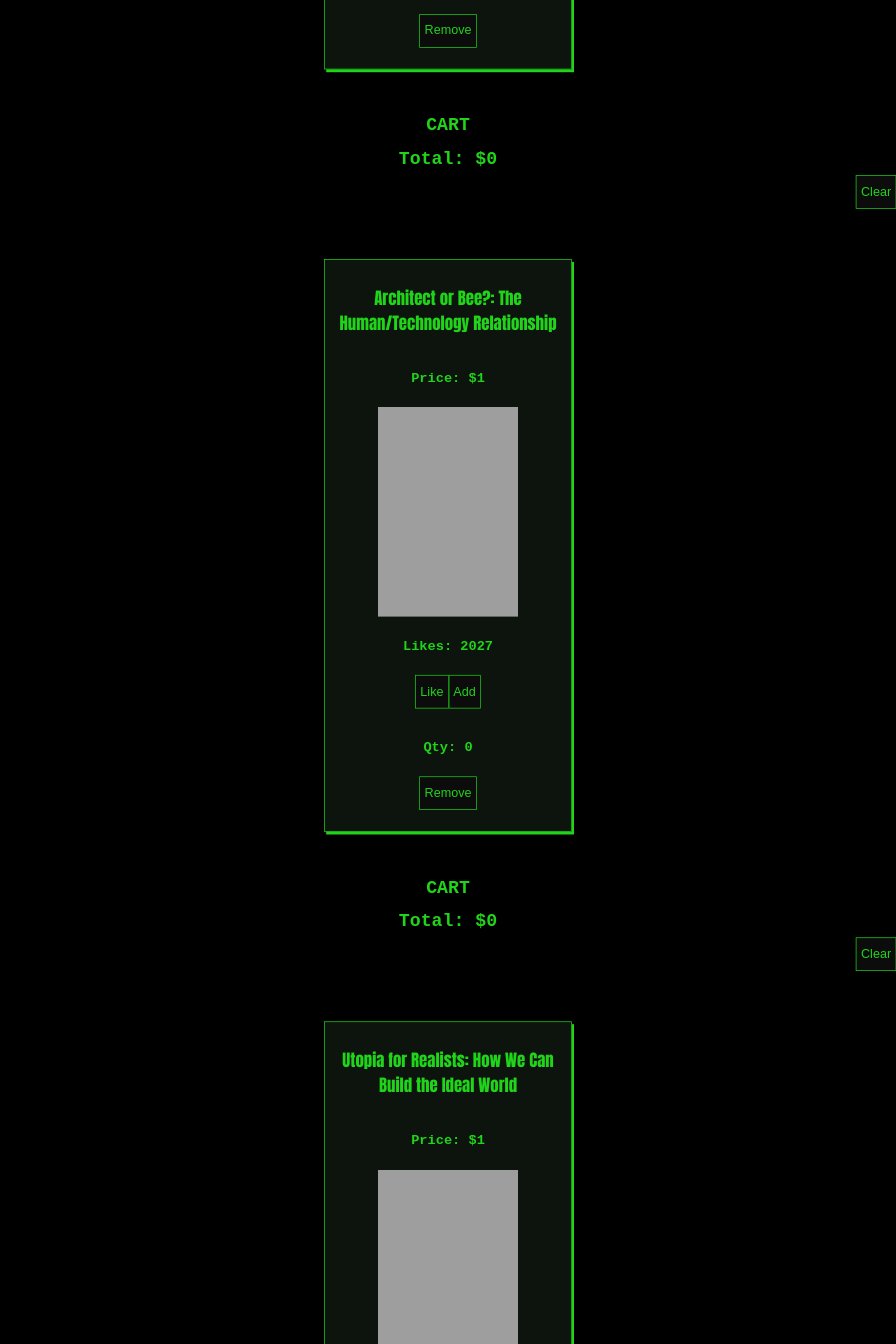
Repository: rvelarden/React-Hooks-UtopianTech-Bookstore
Page: / (app in utopiantech/)
These files come from the project's save history. The page is drawn as it stood at one moment and after the next save; the edit follows.
The browser window is 1280 px wide. The pictures show the part of the page from y = 913 to 2833 px (the page is 8860 px tall), at 70% of full size.
Pictures or frames that could not be fetched are drawn as grey boxes. The project was rebuilt for these pictures with package versions that can differ from the ones it lists, and the page was loaded fresh each time. A package was used in the major version that the imports need, not the one package.json lists. Also part of the build but not shown: utopiantech/src/components/Shop.js, utopiantech/src/components/Spanish.js.

Above is the page before, as saved 2021-11-24 14:55:49.

### utopiantech/src/App.js
import React from 'react';
import './App.css';
import { BrowserRouter as Router, Route, Switch } from 'react-router-dom'
import Shop from "./components/Shop";
import Spanish from "./components/Spanish"
import Navbar from "./components/Navbar"
import SearchBar from "./components/SearchBar";
import BookList from './components/BookList';

const allItems = [
  {
    id: 1,
    name: "The Rise and Decline of Patriarchal Systems",
    image: "https://img.thriftbooks.com/api/images/i/m/8ECA8C9BAF351D13622ADFFBFA8A5D4E2BAABAFF.jpg",
    likes: 3359,
    price: 1,
    category: 'Social Studies'
  },
  {
    id: 2,
    name: "Architect or Bee?: The Human/Technology Relationship",
    image: "https://i.pinimg.com/originals/73/73/d8/7373d864a3dcb4534dc00fda64483674.jpg",
    likes: 2027,
    price: 1,
    category: 'Social Studies'
  },
  {
    id: 3,
    name: "Utopia for Realists: How We Can Build the Ideal World",
    image: "https://images-na.ssl-images-amazon.com/images/I/51CJA6QHtKL._SY291_BO1,204,203,200_QL40_FMwebp_.jpg",
    likes: 813,
    price: 1,
    category: 'Computer Science'
  },
  {
    id: 4,
    name: "Ada's Algorithm: How Lord Byron's Daughter ADA Lovelace Launched the Digital Age",
    image: 'https://img.thriftbooks.com/api/images/m/0bb4a32fefff1ec9c627527f6feb36668f62783b.jpg',
    likes: 7777,
    price: 1,
    category: 'Computer Science'
  },
  {
    id: 5,
    name: "Turing's Vision: The Birth of Computer Science (The MIT Press)",
    image: "https://images-na.ssl-images-amazon.com/images/I/411cTz90bFL._SY291_BO1,204,203,200_QL40_FMwebp_.jpg",
    likes: 1000,
    price: 1,
    category: 'Computer Science'
  },
  {
    id: 6,
    name: "Alan Turing: The Enigma: The Centenary Edition",
    image: "https://img.thriftbooks.com/api/images/m/6da6b05beb1f54981b588ee2a84e6f0b13a436f9.jpg",
    likes: 2000,
    price: 1,
    category: 'Computer Science'
  },
  {
    id: 8,
    name: "Ada Lovelace: The Making of a Computer Scientist",
    image: "https://images-na.ssl-images-amazon.com/images/I/51G-h1wZ7xL._SX218_BO1,204,203,200_QL40_FMwebp_.jpg",
    likes: 2000,
    price: 1,
    category: 'Computer Science'
  },
  {
    id: 9,
    name: "If Then: How the Simulmatics Corporation Invented the Future",
    image: "https://images-na.ssl-images-amazon.com/images/I/41wf6nnKIBL._SY291_BO1,204,203,200_QL40_FMwebp_.jpg",
    likes: 8000,
    price: 1,
    category: 'Business'
  }
]

export default class App extends React.Component {


  state = {
    searchText: '',
    books: allItems
  }

  searchBarText = (allItems)=>{
    // console.log(allItems)
    this.setState({
      searchText: allItems
    })
  }
  render(){
    const filteredBooks = this.state.books.filter(filterBook => filterBook.name.toLowerCase().includes(this.state.searchText))
  return (
    <Router>
      <div>
        <Navbar/>
        <div>
        <Switch>
        <Route exact path="/">
        {/* <Shop /> */}
        <SearchBar searchBar={this.searchBarText} searchText={this.state.searchText}/>
        <BookList books={filteredBooks}/>
        </Route>
        <Route path="/spanish">
        <Spanish />
        </Route>
      </Switch>
    </div>
    </div>
    </Router>
  )
}

}

### utopiantech/src/App.css
body {
  margin: 0;
  /* font-family: monospace; */
  background-color: black;
}

#book-header {
  display: flex;
  justify-content: center;
  background: #20d41a;
  opacity: .8;
  height: 7rem;
  padding: 1rem;
}

#book-header img {
  height: 6rem;
  width: auto;
}

#book-collection {
  margin: 2rem;
}

.card {
  text-align: center;
  border: #20d41a solid 1px;
  padding: 1rem;
  width: 20rem;
  height: 49rem;
  display: inline-grid;
  margin: 3rem 5rem;
  box-shadow: 3px 4px #20d41a;
  background-color: #0d130d;
  /* font-family: monospace; */
}

.font-text{
  font-family: Impact, Haettenschweiler, 'Arial Narrow Bold', sans-serif;
  color: #20d41a;
}
.font-text-text{
  font-family: monospace;
  color: #20d41a;
  background-color: black;
}

.book-avatar {
  justify-self: center;
  height: 15rem;
  width: auto;

}
.color-white {
  color:#20d41a
}

button {
  position: relative;
  background-color: #0c0c0c;
  border: none;
  height: 3rem;
  width: max-content;
  color: #20d41a;
  font-size: 18px;
  justify-self: center;
  border: #20d41a solid 1px;
}

.buttonContainer {
  text-align: center;
  padding: 1rem;
}
.textleft {
  text-align: right;
  /* padding: 10rem; */
}

button:hover {
  background-color: rgb(48, 46, 46);
  border: #20d41a solid 1px;
  color: 20d41a;
}

.container {
  padding: 1rem;
  width: stretch;
  height: auto;
  background: #20d41a;
  opacity: .8;
}

.add-book-form {
  width: 80%
}

.submit {
  position: relative;
  background-color: #20d41a;
  height: 2rem;
  width: max-content;
  color: #20d41a;
  font-size: 18px;
  justify-self: center;
  /* font-family: monospace; */
  margin: 3px;
}

.submit:hover {
  background-color: whitesmoke;
  border: #20d41a solid 1px;
  color: #20d41a;
}


.input-text {
  border-radius: 5px;
  height: 2rem;
  width: 60%;
  font-size: 18px;
  font-family: monospace;
  margin: 3px;
  color: #20d41a;
}

.center-text {
  text-align: center;
}

.center-button {
  /* margin: 0; */
  /* position: absolute; */
  /* top: 50%; */
  left: 50%;
  -ms-transform: translate(-50%, -50%);
  transform: translate(-50%, -50%);
}

a{
  /* left: 72%; */
  font-size: 20px;
  /* position:initial; */
  /* margin: 0; */
  font-family: sans-serif;
  /* padding: 0; */
  /* width: 100%; */
  /* display: inline; */
  /* outline: none; */
  /* text-decoration: none; */
  display: inline-block;
  width: 5.5%;
  margin-right: 0.625%;
  text-align: center;
  line-height: 3;
  color: #20d41a;
  margin-right: 0;
  /* background: whitesmokeow; */
  /* border: #1938e7 solid 1px; */
}

a:hover{
  color:#20d41a
}

### utopiantech/src/components/Navbar.js
import React, { Component } from 'react';

const Navbar = ()=>{

    return(
        <div>
        <a href='/spanish' >Español</a>
        <a href='/' >English</a>
        </div>
    )
}

export default Navbar

### utopiantech/src/components/SearchBar.js
import React, { useCallback, useEffect, useState } from "react";




  const Search = (props) => {


    return (
      <div className="center-text font-text-text">

        <div className="bannersingle" >
              <h1>Find Book Name</h1>
          </div>
        <div >
          <input
           type="text"
           placeholder={"Search"}
           className="searchInput"
           onChange={(e) => props.searchBar(e.target.value)}
          />
        </div>

      </div>
    );
  };

  export default Search;

### utopiantech/src/components/BookList.js
import React, { Component } from "react"
import Book from "./Book.js"
import { Header, Button } from 'semantic-ui-react'

class BookList extends Component {


    render() {
    return (
        <div>
            {this.props.books.map(bookItem => <Book book={bookItem} />)}
        </div>


    )
      }
}

export default BookList

### utopiantech/src/components/Book.js
import React, { Component, useCallback } from 'react';


const allItems = [
    {
      id: 1,
      name: "The Rise and Decline of Patriarchal Systems",
      image: "https://img.thriftbooks.com/api/images/i/m/8ECA8C9BAF351D13622ADFFBFA8A5D4E2BAABAFF.jpg",
      likes: 3359,
      price: 1,
      category: 'Social Studies'
    },
    {
      id: 2,
      name: "Architect or Bee?: The Human/Technology Relationship",
      image: "https://i.pinimg.com/originals/73/73/d8/7373d864a3dcb4534dc00fda64483674.jpg",
      likes: 2027,
      price: 1,
      category: 'Social Studies'
    },
    {
      id: 3,
      name: "Utopia for Realists: How We Can Build the Ideal World",
      image: "https://images-na.ssl-images-amazon.com/images/I/51CJA6QHtKL._SY291_BO1,204,203,200_QL40_FMwebp_.jpg",
      likes: 813,
      price: 1,
      category: 'Computer Science'
    },
    {
      id: 4,
      name: "Ada's Algorithm: How Lord Byron's Daughter ADA Lovelace Launched the Digital Age",
      image: 'https://img.thriftbooks.com/api/images/m/0bb4a32fefff1ec9c627527f6feb36668f62783b.jpg',
      likes: 7777,
      price: 1,
      category: 'Computer Science'
    },
    {
      id: 5,
      name: "Turing's Vision: The Birth of Computer Science (The MIT Press)",
      image: "https://images-na.ssl-images-amazon.com/images/I/411cTz90bFL._SY291_BO1,204,203,200_QL40_FMwebp_.jpg",
      likes: 1000,
      price: 1,
      category: 'Computer Science'
    },
    {
      id: 6,
      name: "Alan Turing: The Enigma: The Centenary Edition",
      image: "https://img.thriftbooks.com/api/images/m/6da6b05beb1f54981b588ee2a84e6f0b13a436f9.jpg",
      likes: 2000,
      price: 1,
      category: 'Computer Science'
    },
    {
      id: 8,
      name: "Ada Lovelace: The Making of a Computer Scientist",
      image: "https://images-na.ssl-images-amazon.com/images/I/51G-h1wZ7xL._SX218_BO1,204,203,200_QL40_FMwebp_.jpg",
      likes: 2000,
      price: 1,
      category: 'Computer Science'
    },
    {
      id: 9,
      name: "If Then: How the Simulmatics Corporation Invented the Future",
      image: "https://images-na.ssl-images-amazon.com/images/I/41wf6nnKIBL._SY291_BO1,204,203,200_QL40_FMwebp_.jpg",
      likes: 8000,
      price: 1,
      category: 'Business'
    }
  ]


const Book = (props) => {
    const [cart, setCart] = React.useState([]);
    const [items, setItems] = React.useState(allItems)
    const [text, setText] = React.useState(false)
    const addToCart = (item) => setCart((currentCart) => [...currentCart, item])
    const cartTotal = cart.reduce((total, { price = 0 }) => total + price, 0);

    const removeFromCart = (item) => {
        setCart((currentCart) => {
          const indexOfItemToRemove = currentCart.findIndex((cartItem) => cartItem.id === item.id);

          if (indexOfItemToRemove === -1) {
            return currentCart;
          }

          return [
            ...currentCart.slice(0, indexOfItemToRemove),
            ...currentCart.slice(indexOfItemToRemove + 1),
          ];
        });
      };

      const amountOfItems = (id) => cart.filter((item) => item.id === id).length;

    const updateLike = useCallback(

        (item) => {
         setItems(items.map(indItem => {
            if (indItem !== item) {
              return indItem
            } else {
              return {...item, likes: item.likes + 1}
            }
          }))
      },
      [], // Tells React to memoize regardless of arguments.
      )


      return(
            <div className="center-text font-text-text">
            <div  key={props.book.id} className="card">
            <div className="font-text"><h2>{`${props.book.name}`}</h2></div>
            <h2>{`Price: $${props.book.price}`}</h2>
            <img src={props.book.image} style={{ width: "200px", height: "300px", objectFit: "cover" }} className="book-avatar" />
            <h2>Likes: {props.book.likes}</h2>
            <div>
            <button disable={items.disable} text={items.text} onClick={()=> updateLike(props.book)}> {text ? "Liked!" : "Like"} </button>
            <button type="submit" onClick={() => addToCart(props.book)}> Add </button>
            </div>
            <div>

            </div>
            <h2>Qty: {amountOfItems(props.book.id)}</h2>
            <button type="submit" onClick={() => removeFromCart(props.book)}> Remove </button>
            </div>
            <h1 className="center-text font-text-text">CART</h1>
            <h1 className="center-text font-text-text">Total: ${cartTotal}</h1>
            <div>
            <br></br>
            <button className="center-button" onClick={() => setCart([])}>Clear</button>
            </div>
            </div>
      )
    }

  export default Book

Loaded but not shown: utopiantech/public/index.html (common file); utopiantech/src/index.js (common file); utopiantech/src/index.css (common file); utopiantech/src/reportWebVitals.js (common file)

After the next save:
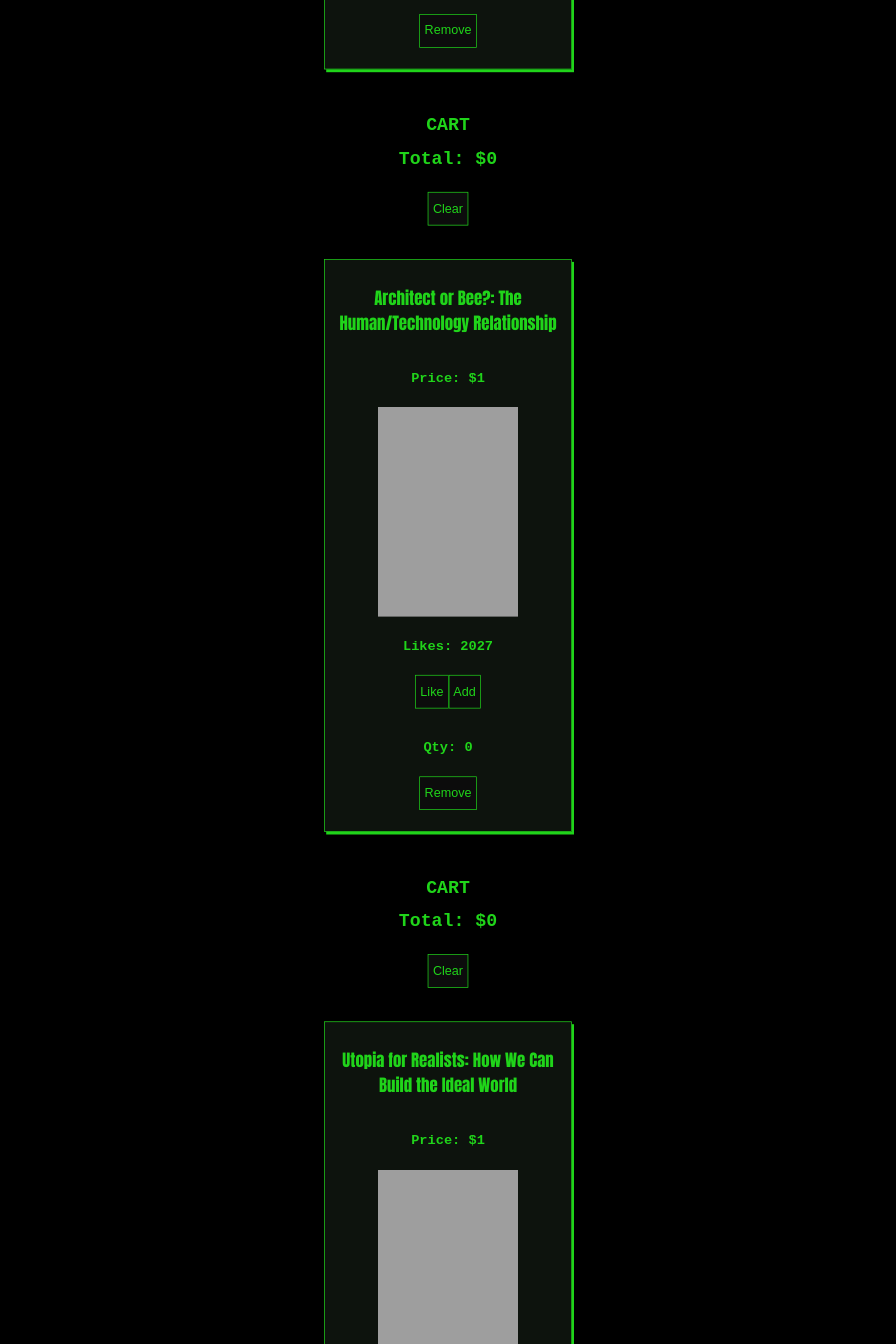
Saved 23 s later.
--- a/utopiantech/src/components/Book.js
+++ b/utopiantech/src/components/Book.js
@@ -129,7 +129,7 @@ const Book = (props) => {
             <h1 className="center-text font-text-text">Total: ${cartTotal}</h1>
             <div>
             <br></br>
-            <button className="center-button" onClick={() => setCart([])}>Clear</button>
+            <button  onClick={() => setCart([])}>Clear</button>
             </div>
             </div>
       )
